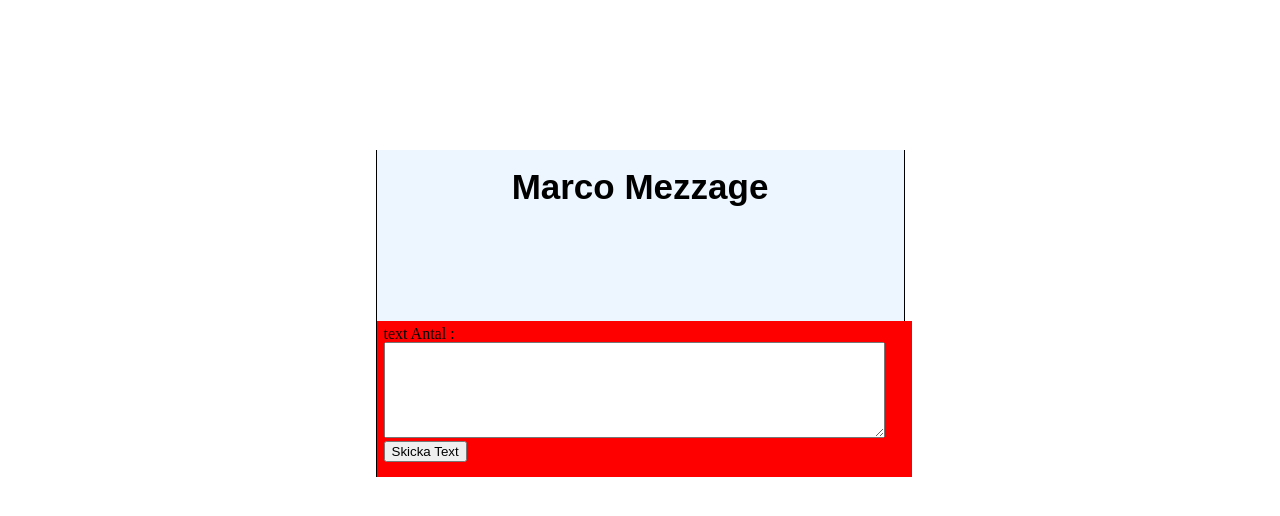
Repository: Marco30/1dv403-laborationer
Page: 2-labbymezzage/index.html
The author's editor kept a record of every edit. The page is drawn from the files as they stood at one moment, then again after the next edit.
The browser window is 1280 px wide. The pictures show the whole page.

Above is the page before.

After the next edit:
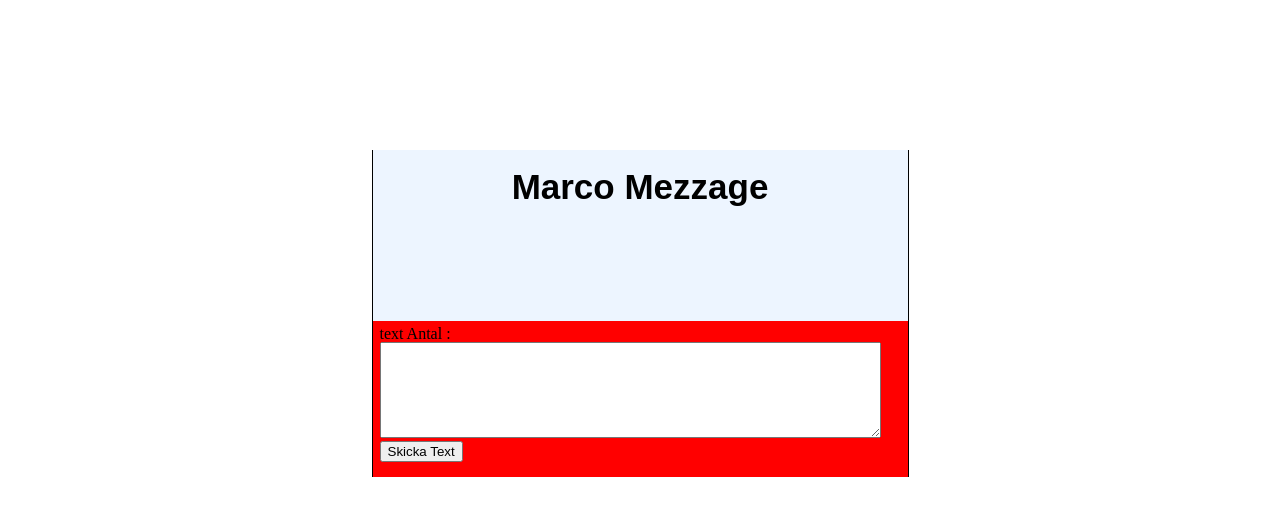
The edit:
--- a/2-labbymezzage/css/style.css
+++ b/2-labbymezzage/css/style.css
@@ -50,7 +50,7 @@
 
 #inramning
 {
-width: 527px;
+width: 535px;
 margin: 150px auto;
 background-color: #EDF5FF;
 border-left: 1px solid #000;
